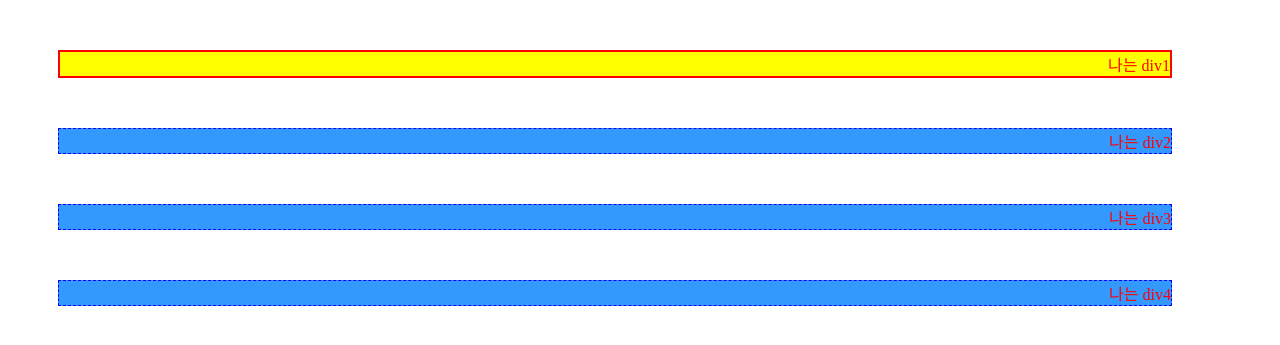
Repository: raccoon304/gugkbi_jsp
Page: HTML5/src/main/webapp/ch01_cssOrder/cssOrder.html
An editor plug-in stored every save of this project. The page is shown before and after the next save, followed by the edit.
The browser window is 1280 px wide. The pictures show the whole page.

Above is the page before, as saved 2025-11-13 07:43:31.

### HTML5/src/main/webapp/ch01_cssOrder/cssOrder.html
<!DOCTYPE html>
<html>
<head>
<meta charset="UTF-8">
<title>CSS(Cascading Style Sheets)의 우선순위에 대해서 알아본다.</title>

<style type="text/css">
	/* css주석문 */
	/*
		===== CSS(Cascading Style Sheets)의 우선순위 =====
		해당 태그에 직접준것(인라인방식) > HTML 파일에서 준 style태그(임배디드방식)
	*/
	div{
		border: dashed 1px blue; /* 테두리 : 점선 두께 1px 파랑색 */
		background-color: #3399ff; 	/* 배경색 : 하늘색*/
		color: red;					/* 글자색 : 빨간색 */
		font-style: normal;			/* 폰트모양 : 정자 */
		text-align: right;			/* 글자정렬 */
		margin: 50px 100px 20px 50px;
	}

</style>

</head>
<body>
	<!--  HTML 주석문  -->
	<div style ="border: solid 2px red; background-color: yellow;">나는 div1</div>
	<div>나는 div2</div>
	<div>나는 div3</div>
	<div>나는 div4</div>
</body>
</html>

After the next save:
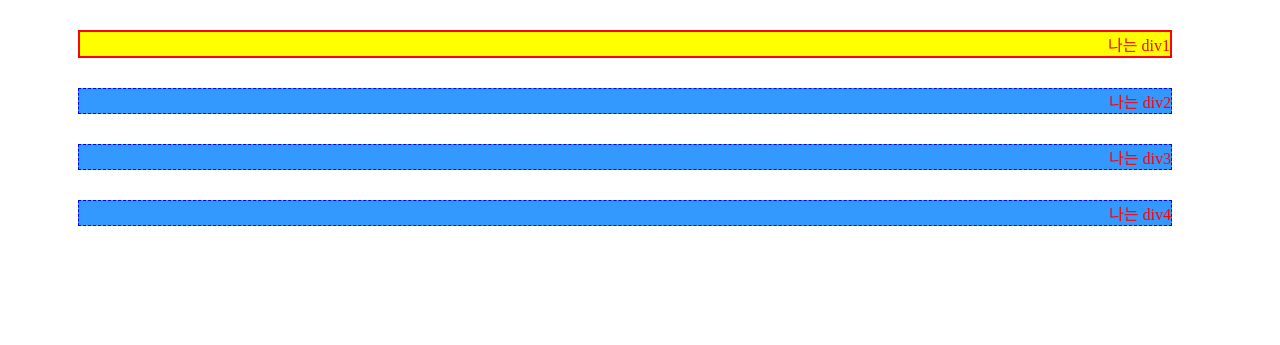
Saved 31 s later.
--- a/HTML5/src/main/webapp/ch01_cssOrder/cssOrder.html
+++ b/HTML5/src/main/webapp/ch01_cssOrder/cssOrder.html
@@ -16,7 +16,7 @@
 		color: red;					/* 글자색 : 빨간색 */
 		font-style: normal;			/* 폰트모양 : 정자 */
 		text-align: right;			/* 글자정렬 */
-		margin: 50px 100px 20px 50px;
+		margin: 30px 100px 20px 70px;
 	}
 
 </style>
